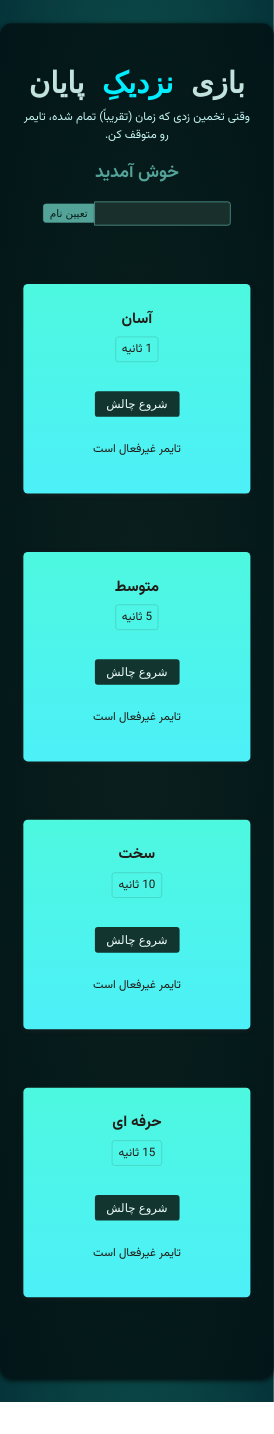
Repository: H-ala/react-near-end
Page: /
These files come from the project's save history. The page is drawn as it stood at one moment and after the next save; the edit follows.
The browser window is 375 px wide. The pictures show the whole page, at 73% of full size.
The project was rebuilt for these pictures with package versions that can differ from the ones it lists, and the page was loaded fresh each time. Also part of the build but not shown: vite.config.js.

Above is the page before, as saved 2025-10-21 20:00:30.

### index.html
<!DOCTYPE html>
<html lang="en">

<head>
  <meta charset="UTF-8" />
  <link rel="icon" type="image/svg+xml" href="/vite.svg" />
  <meta name="viewport" content="width=device-width, initial-scale=1.0" />
  <title>Refs & Portals</title>
</head>

<body>
  <div id="modal"></div>
  <div id="content">
    <header>
      <h1>بازی <em>نزدیکِ</em> پایان</h1>
      <p>وقتی تخمین زدی که زمان (تقریباً) تمام شده، تایمر رو متوقف کن.</p>
    </header>
    <div id="root"></div>
  </div>
  <script type="module" src="/src/main.jsx"></script>
</body>

</html>

### src/App.jsx
import Player from "./components/Player.jsx";
import TimerChallenge from "./components/TimerChallenge.jsx";

function App() {
  return (
    <>
      <Player />
      <div id="challenges">
        <TimerChallenge title="آسان" targetTime={1} />
        <TimerChallenge title="متوسط" targetTime={5} />
        <TimerChallenge title="سخت" targetTime={10} />
        <TimerChallenge title="حرفه ای" targetTime={15} />
      </div>
    </>
  );
}

export default App;

### src/index.css
@import url("https://fonts.googleapis.com/css2?family=Vazirmatn:wght@400;700&display=swap");

* {
  box-sizing: border-box;
}

body {
  margin: 0;
  font-family: "Vazirmatn", sans-serif;
  -webkit-font-smoothing: antialiased;
  -moz-osx-font-smoothing: grayscale;
  background: radial-gradient(#186a5e, #053339);
  color: #e1eeeb;
  direction: rtl;
  min-height: 100vh;
}

#content {
  max-width: 60rem;
  margin: 2rem auto;
  padding: 2rem;
  background: radial-gradient(#0b201d, #021619);
  border-radius: 16px;
  box-shadow: 0 2px 8px rgba(0, 0, 0, 0.8);
}

h1 {
  font-family: "Handjet", monospace;
  text-align: center;
  text-transform: uppercase;
  color: #c1e2dd;
  text-shadow: 0 0 4px rgba(35, 34, 34, 0.4);
  font-size: 3.5rem;
  margin-bottom: 0.5rem;
}

h1 em {
  font-style: normal;
  color: #00eeff;
}

header p {
  font-size: 1.2rem;
  margin: 0;
  text-align: center;
  color: #c6f4f2;
}

#player {
  text-align: center;
}

#player h2 {
  color: #54a399;
}

#player p {
  display: flex;
  justify-content: center;
  align-items: center;
}

#player input {
  font: inherit;
  border: 1px solid #54a399;
  background-color: #192f2b;
  border-radius: 4px;
  border-top-left-radius: 0;
  border-bottom-left-radius: 0;
  padding: 0.25rem;
  color: #d1f0ec;
}

#player button {
  cursor: pointer;
  background-color: #54a399;
  border: 1px solid #54a399;
  padding: 0.55rem 1rem;
  color: #061e1a;
  border-top-left-radius: 4px;
  border-bottom-left-radius: 4px;
}

#player button:hover {
  background-color: #3c8379;
  border-color: #3c8379;
}

#challenges {
  max-width: 50rem;
  margin: 3rem auto;
  display: flex;
  flex-wrap: wrap;
  gap: 2rem;
}

.challenge {
  width: 22rem;
  display: flex;
  flex-direction: column;
  align-items: center;
  justify-content: center;
  padding: 2rem;
  margin: 2rem auto;
  background: linear-gradient(#4df8df, #4df0f8);
  color: #221c18;
  box-shadow: 0 2px 8px rgba(35, 34, 34, 0.6);
  border-radius: 6px;
}

.challenge button {
  margin-top: 1rem;
  padding: 0.5rem 1rem;
  border: none;
  border-radius: 4px;
  background: #12352f;
  color: #edfcfa;
  font-size: 1.2rem;
  cursor: pointer;
}

.challenge button:hover {
  background: #051715;
}

.challenge h2 {
  font-size: 1.5rem;
  margin: 0;
  text-align: center;
  color: #221c18;
}

.challenge-time {
  border: 1px solid #46cebe;
  border-radius: 4px;
  padding: 0.25rem 0.5rem;
  margin: 0.5rem;
}

.challenge .active {
  animation: flash 1s infinite;
}

.result-modal {
  border: none;
  border-radius: 8px;
  padding: 2rem;
  background-color: #d7fcf8;
}

.result-modal[open] {
  animation: slide-in-from-top 0.35s ease-out;
}

.result-modal::backdrop {
  background: rgba(0, 0, 0, 0.9);
}

.result-modal h2 {
  font-family: "Handjet", monospace;
  margin: 0 0 0.25rem 0;
  font-size: 3rem;
  text-transform: uppercase;
}

.result-modal progress {
  width: 100%;
  height: 1.5rem;
  margin: 0;
  accent-color: #46cebe;
}

.result-modal p {
  margin: 0.5rem 0;
  font-size: 1.2rem;
}

.result-modal p strong {
  color: #10655b;
}

.result-modal form {
  text-align: right;
}

.result-modal button {
  margin-top: 1rem;
  padding: 0.5rem 1rem;
  border: none;
  border-radius: 4px;
  background: #12352f;
  color: #edfcfa;
  font-size: 1.2rem;
  cursor: pointer;
}

.result-modal button:hover {
  background: #051715;
}

@keyframes slide-in-from-top {
  0% {
    transform: translateY(-15%);
    opacity: 0;
  }
  100% {
    transform: translateY(0);
    opacity: 1;
  }
}

@keyframes flash {
  0% {
    opacity: 0.5;
  }
  50% {
    opacity: 1;
  }
  100% {
    opacity: 0.5;
  }
}

@media (max-width: 768px) {
  h1 {
    font-size: 2.5rem;
  }

  header p {
    font-size: 1rem;
  }

  #challenges {
    gap: 1rem;
  }

  .challenge h2 {
    font-size: 1.3rem;
  }

  .challenge button {
    font-size: 1rem;
  }

  .result-modal h2 {
    font-size: 2rem;
  }

  .result-modal p {
    font-size: 1rem;
  }
}

@media (max-width: 480px) {
  #player input {
    width: 60%; /* کم کردن عرض ورودی */
    padding: 0.25rem;
    font-size: 0.9rem;
  }
  #player button {
    padding: 0.25rem 0.5rem; /* کوچکتر شدن دکمه */
    font-size: 0.9rem;
  }
}

### src/components/Player.jsx
import { useState, useRef } from "react";

export default function Player() {
  const playerName = useRef();
  const [enteredPlayerName, setEnteredPlayerName] = useState("");

  function handleClick() {
    setEnteredPlayerName(playerName.current.value);
    playerName.current.value = "";
  }

  return (
    <section id="player">
      <h2>خوش آمدید {enteredPlayerName ?? "unknown entity"}</h2>
      <p>
        <input
          ref={playerName}
          type="text"
        />
        <button onClick={handleClick}>تعیین نام</button>
      </p>
    </section>
  );
}

### src/components/TimerChallenge.jsx
import { useState, useRef } from "react";
import ResultModal from "./ResultModal";

export default function TimerChallenge({ title, targetTime }) {
  const timer = useRef();
  const dialog = useRef();

  const [timeRemaining, setTimeRemaining] = useState(targetTime * 1000);
  const timerIsActive = timeRemaining > 0 && timeRemaining < targetTime * 1000;

  if (timeRemaining <= 0) {
    clearInterval(timer.current);
    dialog.current.open();
  }

  function handleStart() {
    timer.current = setInterval(() => {
      setTimeRemaining((prevTimeRemaining) => prevTimeRemaining - 10);
    }, 10);
  }

  function handleReset() {
    setTimeRemaining(targetTime * 1000);
  }

  function handleStop() {
    clearInterval(timer.current);
    dialog.current.open();
  }

  return (
    <>
      <ResultModal
        ref={dialog}
        targetTime={targetTime}
        remainingTime={timeRemaining}
        onReset={handleReset}
      />
      <section className="challenge">
        <h2>{title}</h2>
        <p className="challenge-time">
          {targetTime} ثانیه
        </p>
        <p>
          <button onClick={timerIsActive ? handleStop : handleStart}>
            {timerIsActive ? "توقف" : "شروع"} چالش
          </button>
        </p>
        <p className={timerIsActive ? "active" : undefined}>
          {timerIsActive ? "زمان داره میگذره..." : "تایمر غیرفعال است"}
        </p>
      </section>
    </>
  );
}

### src/components/ResultModal.jsx
import { useImperativeHandle, useRef } from "react";
import { createPortal } from "react-dom";

export default function ResultModal({ ref, targetTime, remainingTime, onReset }) {
  const dialog = useRef();

  const userLost = remainingTime <= 0;
  const formattedRemainingTime = (remainingTime / 1000).toFixed(2);
  const score = Math.round((1 - (remainingTime / (targetTime * 1000))) * 100);

  useImperativeHandle(ref, () => {
    return {
      open() {
        dialog.current.showModal();
      },
    };
  });

  return createPortal(
    <dialog ref={dialog} className="result-modal" onClose={onReset}>
      {userLost && <h2>تو باختی!</h2>}
      {!userLost && <h2>امتیاز : {score}</h2>}
      <p>
        زمان تارگت <strong>{targetTime} ثانیه بود. </strong>
      </p>
      <p>
        زمان رو وقتی
        <strong> {formattedRemainingTime} ثانیه مونده بود متوقف کردی. </strong>
      </p>
      <form action="dialog" onSubmit={onReset}>
        <button>بستن</button>
      </form>
    </dialog>,
    document.getElementById("modal")
  );
}

Loaded but not shown: src/main.jsx (common file)

After the next save:
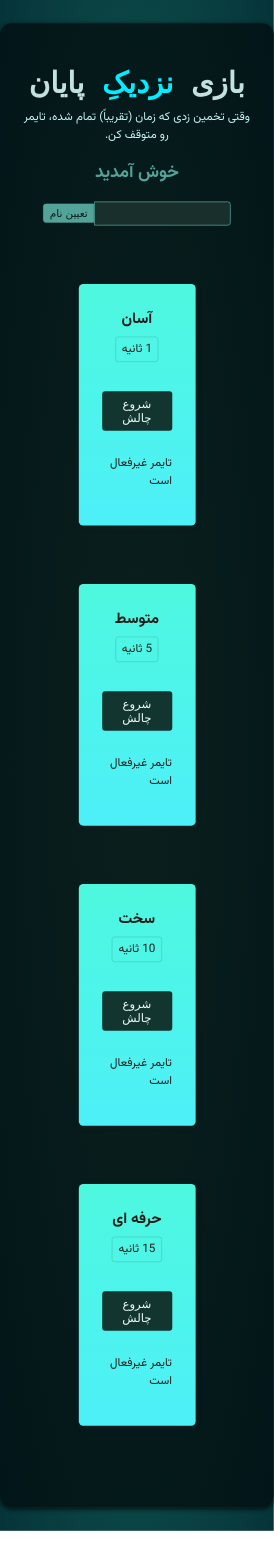
Saved 59 s later.
--- a/src/index.css
+++ b/src/index.css
@@ -261,4 +261,7 @@
     padding: 0.25rem 0.5rem; /* کوچکتر شدن دکمه */
     font-size: 0.9rem;
   }
-}
+  .challenge {
+    width: 10rem
+  }
+}

After the save that followed:
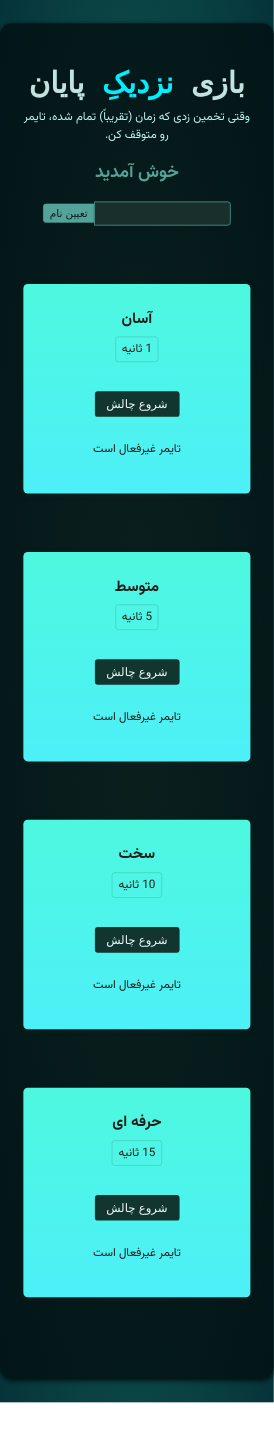
Saved 5 s later.
--- a/src/index.css
+++ b/src/index.css
@@ -262,6 +262,6 @@
     font-size: 0.9rem;
   }
   .challenge {
-    width: 10rem
-  }
-}
+    width: 22rem
+  }
+}
